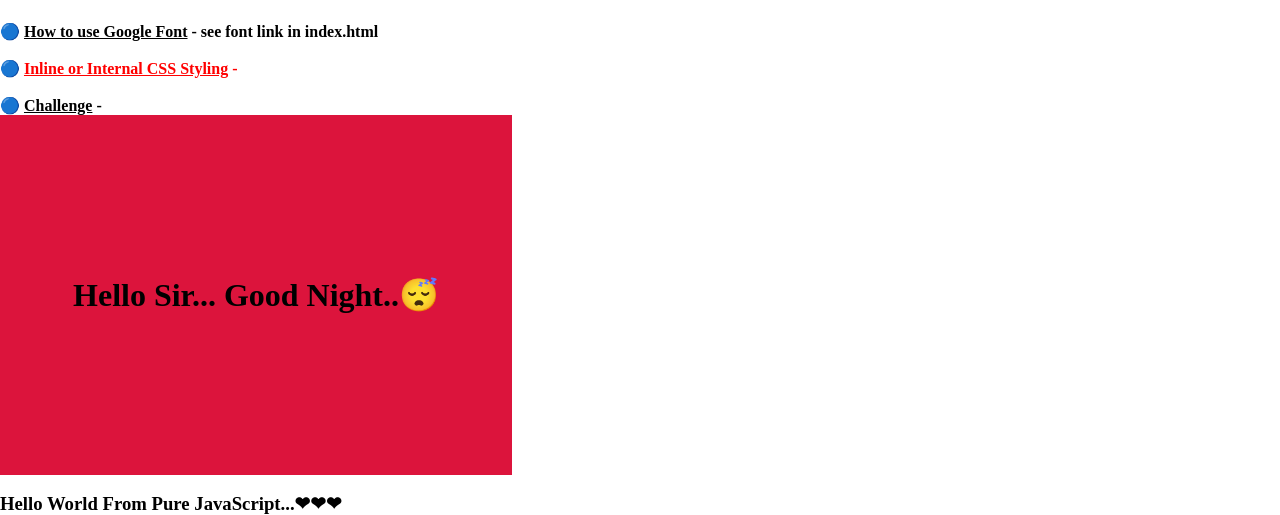
Repository: AalokJadhav/Being_ReactJS
Page: /
The author's editor kept a copy of each file at every save. The page is drawn from the files as they stood at one save, then again after the next save.
The browser window is 1280 px wide. The pictures show the part of the page from y = 620 to 1135 px (the page is 1135 px tall).
The project was rebuilt for these pictures with package versions that can differ from the ones it lists, and the page was loaded fresh each time.

Above is the page before, as saved 2021-10-15 00:27:57.

After the next save:
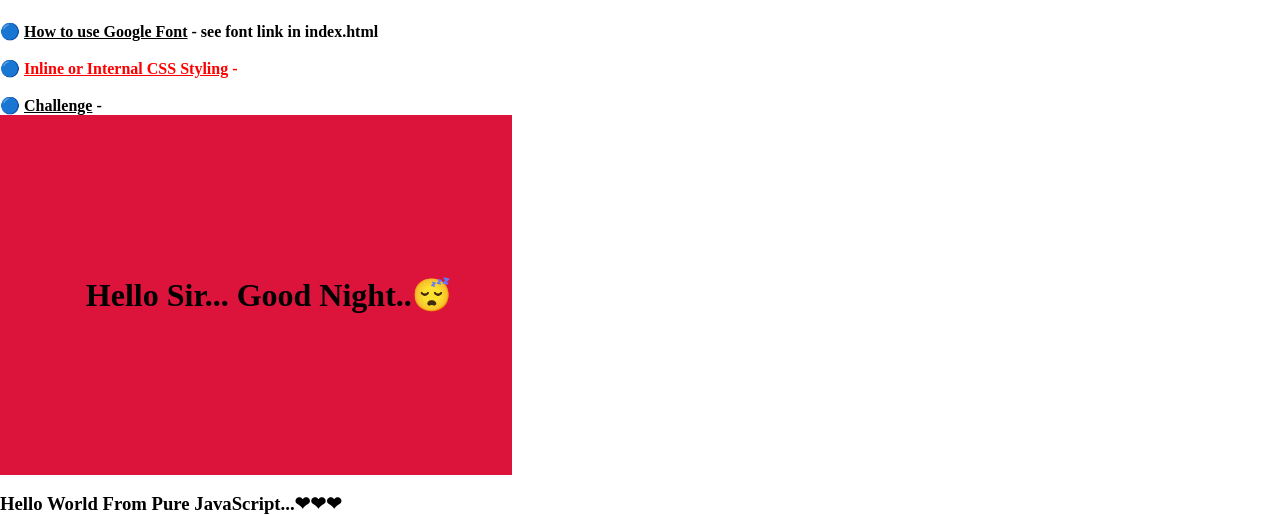
Saved 15 s later.
--- a/src/index.css
+++ b/src/index.css
@@ -36,6 +36,7 @@
 }
 
 .challenge1 {
+  padding-left: 2%;
   background-color: crimson;
   width: 40%;
   height: 50vh;

After the save that followed:
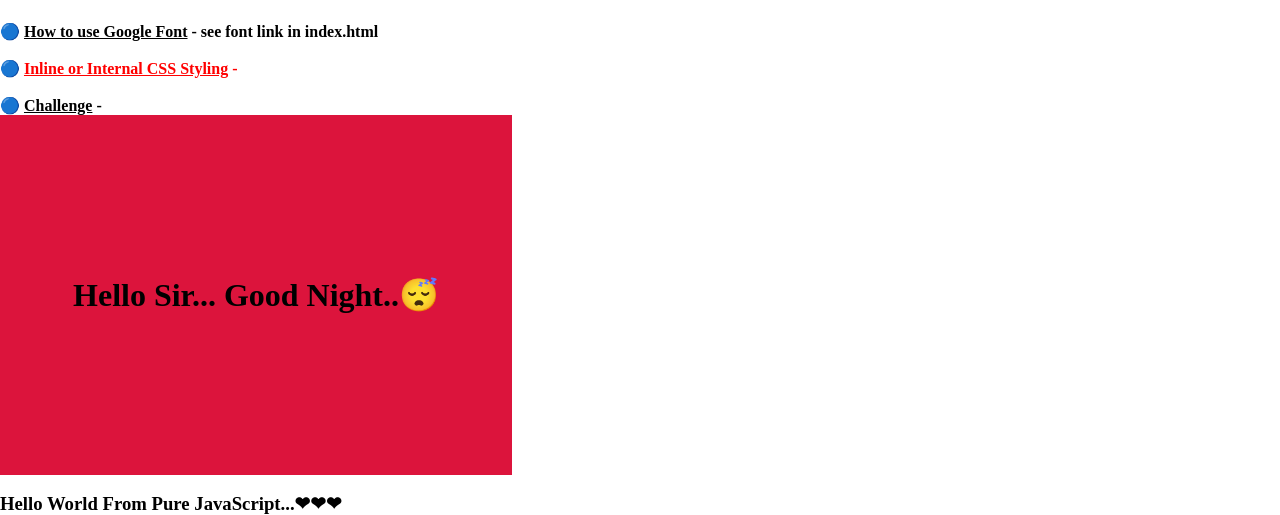
Saved 6 s later.
--- a/src/index.css
+++ b/src/index.css
@@ -36,7 +36,6 @@
 }
 
 .challenge1 {
-  padding-left: 2%;
   background-color: crimson;
   width: 40%;
   height: 50vh;
